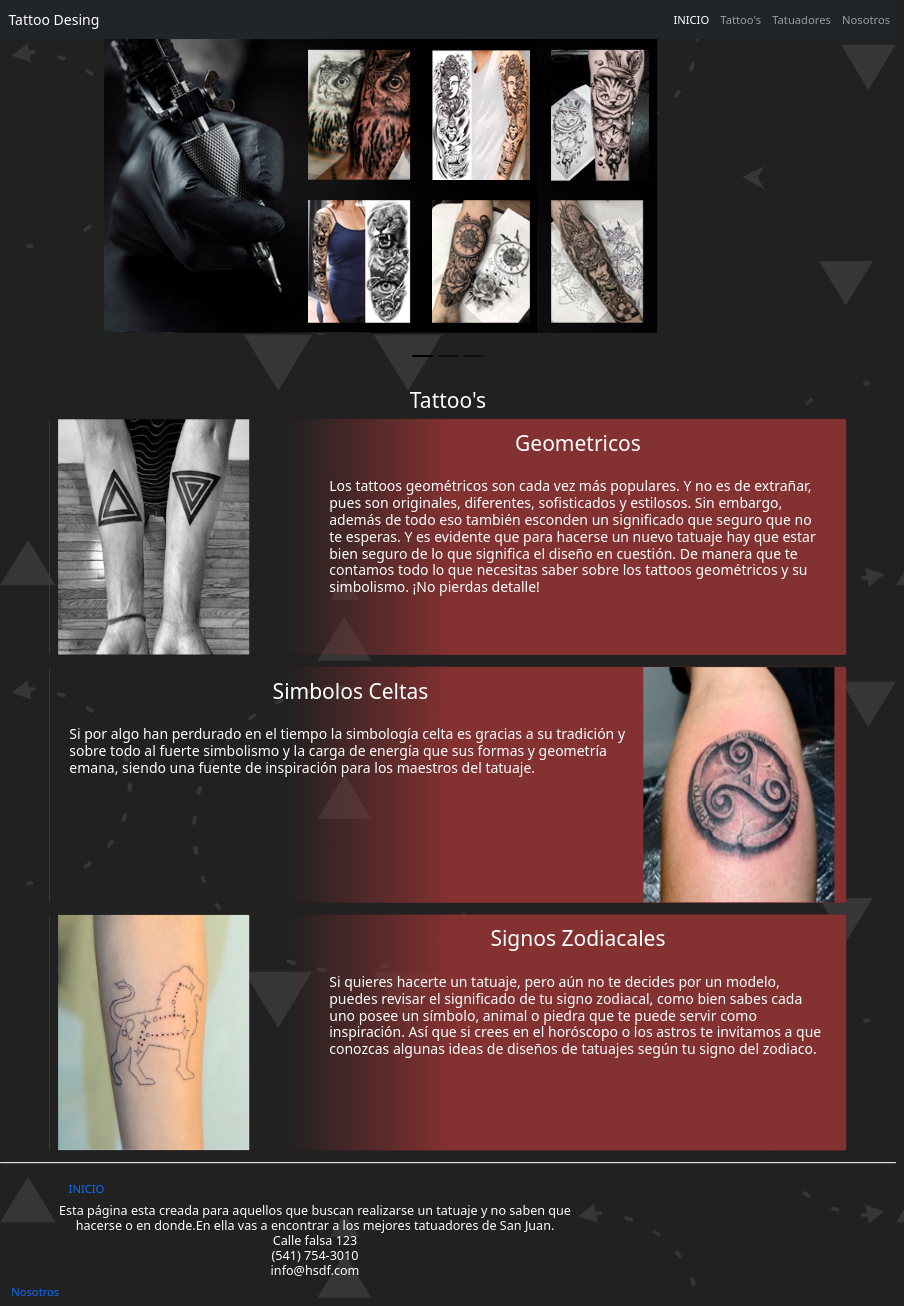
Repository: Vladimir-22/TatooDesign
Page: index.html
An editor plug-in stored every save of this project. The page is shown before and after the next save, followed by the edit.
The browser window is 1280 px wide. The page is 1292 px wide, then 1280 px, so the pictures cover 1292 px, including what lies to the right of the window. The pictures show the whole page, at 70% of full size.
Some web libraries are served in a nearby version.

Above is the page before, as saved 2021-05-19 21:36:44.

After the next save:
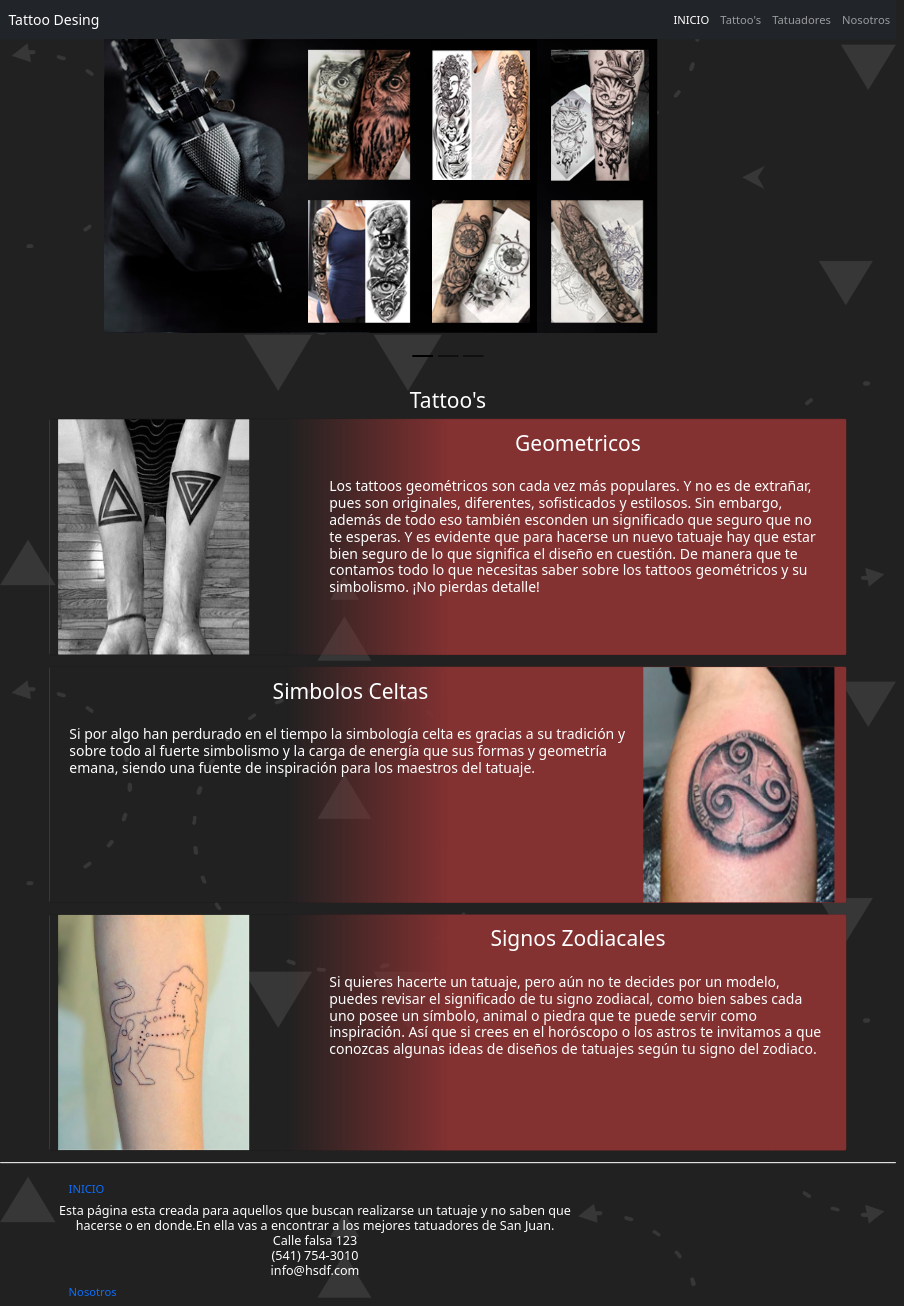
Saved 69 s later.
--- a/index.html
+++ b/index.html
@@ -275,18 +275,16 @@
           </div>
         </div>
         <div class="row">
-          <div class="col-md-8 align-self-center">
-
-              <h3 id="descrip-gral" class="card-text">
-                Esta página esta creada para aquellos que buscan realizarse un
-                tatuaje y no saben que hacerse o en donde.En ella vas a
-                encontrar a los mejores tatuadores de San Juan.<br />
-                Calle falsa 123<br />
-                (541) 754-3010<br />
-                info@hsdf.com<br />
-              </h3>
-            </div>
-          </div>
+            <div class="col-md-8 align-self-center">
+                <h3 id="descrip-gral" class="card-text">
+                    Esta página esta creada para aquellos que buscan realizarse un
+                    tatuaje y no saben que hacerse o en donde.En ella vas a
+                    encontrar a los mejores tatuadores de San Juan.<br />
+                    Calle falsa 123<br />
+                    (541) 754-3010<br />
+                    info@hsdf.com<br />
+                </h3>
+            </div>
         </div>
         <div class="row">
           <div class="col-md-2 align-self-end">
